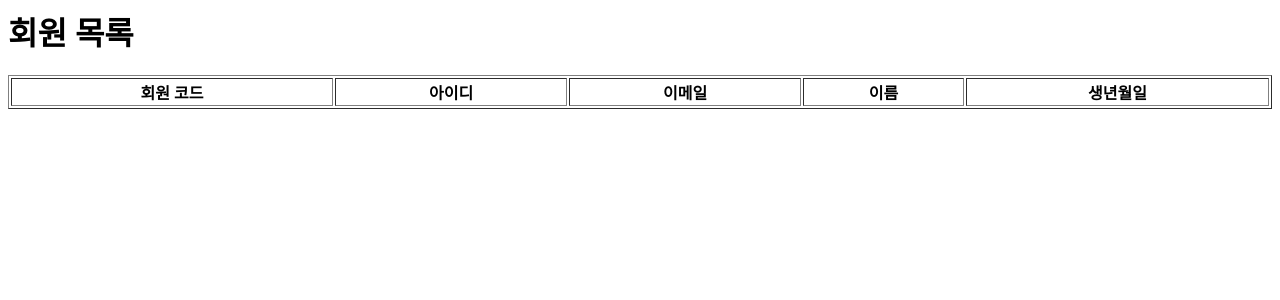
Repository: Pyoggit/JspStudy
Page: http://localhost/jspStudy/memberList
The author's editor kept a copy of each file at every save. The page is drawn from the files as they stood at one save, then again after the next save.
The browser window is 1280 px wide. The pictures show the whole page.
The page is served by Tomcat 9. Other server files are loaded and not shown. Queries for data that is not in the repository find no rows.

Above is the page before, as saved 2024-12-03 08:41:46.

### jspStudy/src/main/java/kr/co/dev/member/MemberList.java
package kr.co.dev.member;

import java.io.IOException;
import java.io.PrintWriter;
import java.sql.Connection;
import java.sql.DriverManager;
import java.sql.PreparedStatement;
import java.sql.ResultSet;
import java.sql.SQLException;

import javax.servlet.ServletException;
import javax.servlet.annotation.WebServlet;
import javax.servlet.http.HttpServlet;
import javax.servlet.http.HttpServletRequest;
import javax.servlet.http.HttpServletResponse;

@WebServlet(name = "memberList", urlPatterns = { "/memberList" })
public class MemberList extends HttpServlet {
    private static final long serialVersionUID = 1L;

    public MemberList() {
        super();
    }

    protected void service(HttpServletRequest request, HttpServletResponse response) throws ServletException, IOException {
        doGet(request, response);
    }

    protected void doGet(HttpServletRequest request, HttpServletResponse response) throws ServletException, IOException {
        response.setContentType("text/html; charset=UTF-8");

        Connection con = null;
        PreparedStatement pstmt = null;
        ResultSet rs = null;

        String url = "jdbc:oracle:thin:@127.0.0.1:1521:xe";
        String user = "webuser";
        String password = "123456";
        String MEMBER_SELECT = "SELECT NO, ID, EMAIL, NAME, BIRTH_DATE FROM MEMBER";

        try {
            Class.forName("oracle.jdbc.driver.OracleDriver");
            con = DriverManager.getConnection(url, user, password);
            pstmt = con.prepareStatement(MEMBER_SELECT);
            rs = pstmt.executeQuery();

            PrintWriter out = response.getWriter();
            out.println("<html>");
            out.println("<head><title>회원 목록</title></head>");
            out.println("<body>");
            out.println("<h1>회원 목록</h1>");
            out.println("<table border='1' style='width: 100%; text-align: center;'>");
            out.println("<tr>");
            out.println("<th>회원 코드</th>");
            out.println("<th>아이디</th>");
            out.println("<th>이메일</th>");
            out.println("<th>이름</th>");
            out.println("<th>생년월일</th>");
            out.println("</tr>");

            while (rs.next()) {
                out.println("<tr>");
                out.println("<td>" + rs.getInt("NO") + "</td>");
                out.println("<td>" + rs.getString("ID") + "</td>");
                out.println("<td>" + rs.getString("EMAIL") + "</td>");
                out.println("<td>" + rs.getString("NAME") + "</td>");
                out.println("<td>" + rs.getDate("BIRTH_DATE") + "</td>");
                out.println("</tr>");
            }

            out.println("</table>");
            out.println("</body>");
            out.println("</html>");
        } catch (ClassNotFoundException e) {
            System.out.println(e.toString());
        } catch (SQLException e) {
            System.out.println(e.toString());
        } finally {
            if (rs != null) {
                try {
                    rs.close();
                } catch (SQLException e) {
                    System.out.println(e.toString());
                }
            }
            if (pstmt != null) {
                try {
                    pstmt.close();
                } catch (SQLException e) {
                    System.out.println(e.toString());
                }
            }
            if (con != null) {
                try {
                    con.close();
                } catch (SQLException e) {
                    System.out.println(e.toString());
                }
            }
        }
    }
}

After the next save:
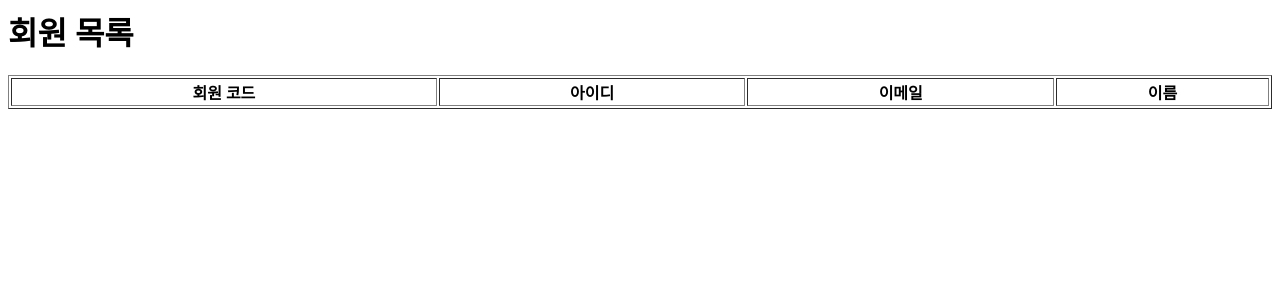
Saved 47 s later.
--- a/jspStudy/src/main/java/kr/co/dev/member/MemberList.java
+++ b/jspStudy/src/main/java/kr/co/dev/member/MemberList.java
@@ -36,7 +36,7 @@ public class MemberList extends HttpServlet {
         String url = "jdbc:oracle:thin:@127.0.0.1:1521:xe";
         String user = "webuser";
         String password = "123456";
-        String MEMBER_SELECT = "SELECT NO, ID, EMAIL, NAME, BIRTH_DATE FROM MEMBER";
+        String MEMBER_SELECT = "SELECT NO, ID, EMAIL, NAME FROM MEMBER";
 
         try {
             Class.forName("oracle.jdbc.driver.OracleDriver");
@@ -55,7 +55,6 @@ public class MemberList extends HttpServlet {
             out.println("<th>아이디</th>");
             out.println("<th>이메일</th>");
             out.println("<th>이름</th>");
-            out.println("<th>생년월일</th>");
             out.println("</tr>");
 
             while (rs.next()) {
@@ -64,7 +63,6 @@ public class MemberList extends HttpServlet {
                 out.println("<td>" + rs.getString("ID") + "</td>");
                 out.println("<td>" + rs.getString("EMAIL") + "</td>");
                 out.println("<td>" + rs.getString("NAME") + "</td>");
-                out.println("<td>" + rs.getDate("BIRTH_DATE") + "</td>");
                 out.println("</tr>");
             }
 
